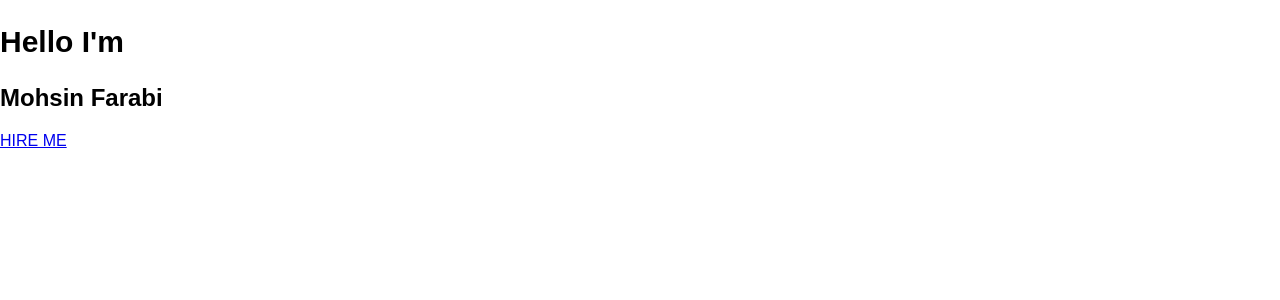
Repository: mohsinfarabi/personal-website
Page: index.html
The author's editor kept a copy of each file at every save. The page is drawn from the files as they stood at one save, then again after the next save.
The browser window is 1280 px wide. The pictures show the whole page.

Above is the page before, as saved 2020-07-01 03:06:19.

### index.html
<!DOCTYPE html>
<html lang="en">

<head>
    <meta charset="UTF-8">
    <meta name="viewport" content="width=device-width, initial-scale=1.0">
    <link href="https://fonts.googleapis.com/css2?family=Roboto" rel="stylesheet">
    <link rel="stylesheet" href="style.css">
    <title>Farabi - Web Developer</title>
</head>

<body>
    <section class="header-part">
        <div class="half-width">
            <h2>Hello I'm</h2>
            <h1>Mohsin Farabi</h1>
            <a class="link-button" target="_blank" href="https://www.linkedin.com/in/mohsin-farabi-68655040/">HIRE ME</a>
        </div>

    </section>



</body>

</html>

### style.css
body {
        margin: 0;
        font-family: 'Poppins', sans-serif;
    }
}
h1 {
    font-size: 50px;
}
h2 {
    font-size: 30px;
}
p {
    color: dimgray;
}

After the next save:
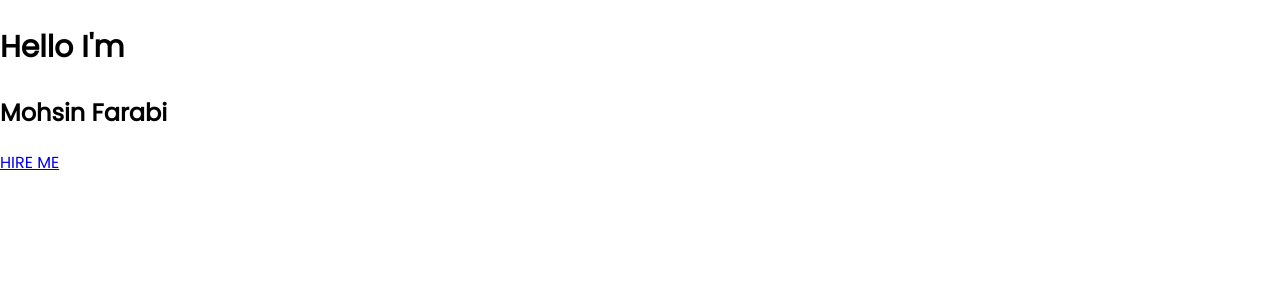
Saved 10 s later.
--- a/index.html
+++ b/index.html
@@ -4,7 +4,7 @@
 <head>
     <meta charset="UTF-8">
     <meta name="viewport" content="width=device-width, initial-scale=1.0">
-    <link href="https://fonts.googleapis.com/css2?family=Roboto" rel="stylesheet">
+    <link href="https://fonts.googleapis.com/css2?family=Poppins" rel="stylesheet">
     <link rel="stylesheet" href="style.css">
     <title>Farabi - Web Developer</title>
 </head>
